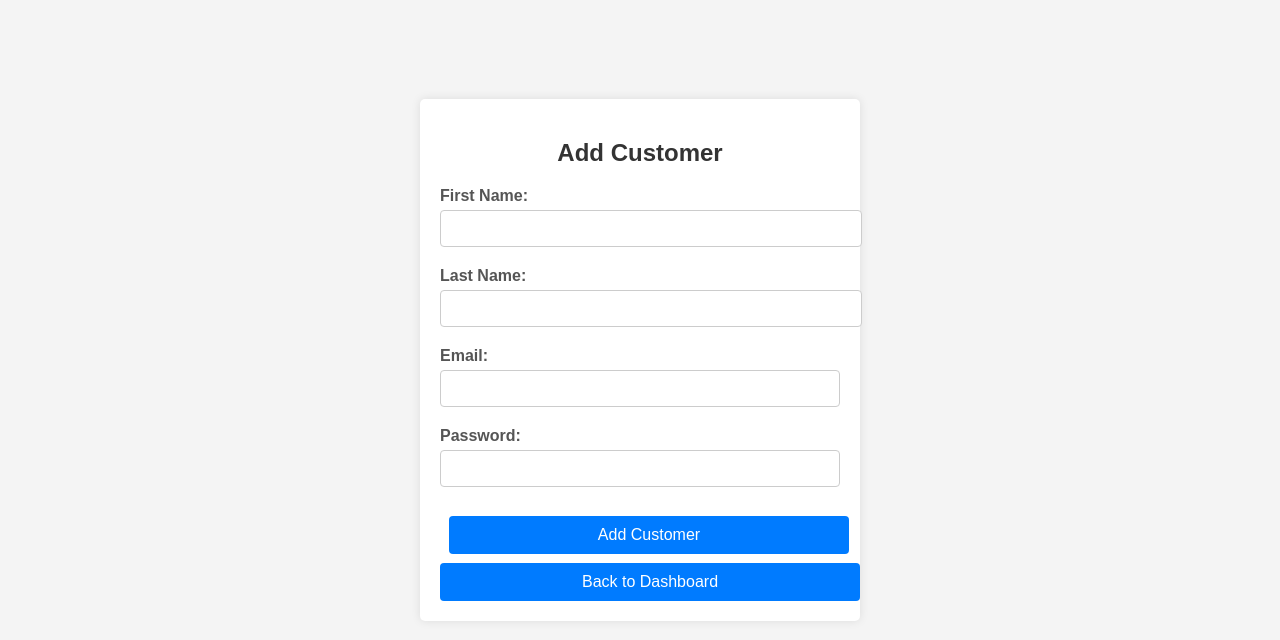
Repository: vinayakGarudi2002/swabhavTrainingProjects
Page: http://localhost/01_banking_application/addCustomer.jsp
An editor plug-in stored every save of this project. The page is shown before and after the next save, followed by the edit.
The browser window is 1280 px wide. The pictures show the whole page.
The page is served by Tomcat 9. Other server files are loaded and not shown.

Above is the page before, as saved 2024-08-12 11:27:07.

### 01_banking_application/WebContent/addCustomer.jsp
<%@ page language="java" contentType="text/html; charset=UTF-8" pageEncoding="UTF-8"%>
<%@ taglib uri="http://java.sun.com/jsp/jstl/core" prefix="c" %>
<!DOCTYPE html>
<html>
<head>
    <meta charset="UTF-8">
    <title>Add Customer - Banking App</title>
    <link rel="stylesheet" type="text/css" href="static/css/styles.css">
     <style>
       a {
            display: block;
            width: 100%;
            padding: 10px;
            background-color: #007bff;
            color: white;
            text-align: center;
            border-radius: 4px;
            text-decoration: none;
            font-size: 16px;
        }

        a:hover {
            background-color: #0056b3;
        }
    </style>
</head>
<body>
    <div class="form-container">
        <h2>Add Customer</h2>
        <form action="AddCustomerServlet" method="post">
            <label for="firstName">First Name:</label>
            <input type="text" id="firstName" name="firstName" required>

            <label for="lastName">Last Name:</label>
            <input type="text" id="lastName" name="lastName" required>

            <label for="email">Email:</label>
            <input type="email" id="email" name="email" required>

            <label for="password">Password:</label>
            <input type="password" id="password" name="password" required>

            <button type="submit">Add Customer</button>
        </form>

        <!-- Error message -->
        <c:if test="${not empty errorMessage}">
            <div class="error-message">
                <c:out value="${errorMessage}"/>
            </div>
        </c:if>

         <c:if test="${not empty succesMessage}">
            <div class="succes-message">
                <c:out value="${succesMessage}"/>
            </div>
        </c:if>

        <a href="adminDashboard.jsp">Back to Dashboard</a>
    </div>
</body>
</html>

### 01_banking_application/WebContent/static/css/styles.css
/* styles.css */
body {
    font-family: Arial, sans-serif;
    background-color: #f4f4f4;
    display: flex;
    justify-content: center;
    align-items: center;
    height: 100vh;
    margin: 0;
}

.login-container {
    background-color: #fff;
    padding: 20px;
    border-radius: 5px;
    box-shadow: 0 0 10px rgba(0, 0, 0, 0.1);
    width: 300px;
}

h2 {
    margin-bottom: 20px;
    font-size: 24px;
    color: #333;
    text-align: center;
}

.form-group {
    margin-bottom: 15px;
}

label {
    display: block;
    margin-bottom: 5px;
    color: #555;
}

input[type="email"],
input[type="password"] {
    width: 100%;
    padding: 8px;
    box-sizing: border-box;
    border: 1px solid #ddd;
    border-radius: 4px;
}

button {
    width: 100%;
    padding: 10px;
    background-color: #007bff;
    color: white;
    border: none;
    border-radius: 4px;
    cursor: pointer;
    font-size: 16px;
}

button:hover {
    background-color: #0056b3;
}

.error-message {
    color: red;
    margin-top: 10px;
    text-align: center;
}

/* Additional styles for dashboard */
.dashboard-container {
    background-color: #fff;
    padding: 20px;
    border-radius: 5px;
    box-shadow: 0 0 10px rgba(0, 0, 0, 0.1);
    width: 400px;
    margin: 50px auto;
    text-align: center;
}

.admin-actions {
    list-style-type: none;
    padding: 0;
    margin: 20px 0;
}

.admin-actions li {
    margin: 10px 0;
}

.admin-actions a {
    text-decoration: none;
    color: #007bff;
    font-size: 18px;
}

.admin-actions a:hover {
    text-decoration: underline;
}

button {
    width: 100%;
    padding: 10px;
    background-color: #dc3545;
    color: white;
    border: none;
    border-radius: 4px;
    cursor: pointer;
    font-size: 16px;
    margin-top: 20px;
}

button:hover {
    background-color: #c82333;
}

/* add customer   */
.form-container {
    background-color: #fff;
    padding: 20px;
    border-radius: 5px;
    box-shadow: 0 0 10px rgba(0, 0, 0, 0.1);
    width: 400px;
    margin: 50px auto;
    text-align: left;
}

.form-container h2 {
    text-align: center;
    margin-bottom: 20px;
}

.form-container label {
    display: block;
    margin-bottom: 5px;
    font-weight: bold;
}

.form-container input[type="text"],
.form-container input[type="email"],
.form-container input[type="password"] {
    width: 100%;
    padding: 10px;
    margin-bottom: 20px;
    border: 1px solid #ccc;
    border-radius: 4px;
}

.form-container button {
    width: 100%;
    padding: 10px;
    background-color: #007bff;
    color: white;
    border: none;
    border-radius: 4px;
    cursor: pointer;
    font-size: 16px;
    margin:9px;
}

.form-container button:hover {
    background-color: #0056b3;
}

.error-message {
    color: red;
    font-weight: bold;
    margin-top: 20px;
    text-align: center;
}

.succes-message {
    color: green;
    font-weight: bold;
    margin-top: 20px;
    text-align: center;
}



/*vew all customer  */

  .customer-view-container {
            background-color: #fff;
            padding: 20px;
            border-radius: 5px;
            box-shadow: 0 0 10px rgba(0, 0, 0, 0.1);
            width: 600px;
            margin: 50px auto;
        }

        .customer-view-container h2 {
            text-align: center;
            margin-bottom: 20px;
            color: #333;
        }

        table {
            width: 100%;
            border-collapse: collapse;
            margin-bottom: 20px;
        }

        table th, table td {
            border: 1px solid #ddd;
            padding: 10px;
            text-align: center;
        }

        table th {
            background-color: #007bff;
            color: white;
        }

        table td {
            background-color: #f9f9f9;
            color: #333;
        }





  .form-container {
            background-color: #fff;
            padding: 20px;
            border-radius: 5px;
            box-shadow: 0 0 10px rgba(0, 0, 0, 0.1);
            width: 400px;
            margin: 50px auto;
        }

        h2 {
            text-align: center;
            margin-bottom: 20px;
            color: #333;
        }

        label {
            display: block;
            margin-bottom: 10px;
            font-weight: bold;
            color: #555;
        }

        select, input[type="text"] {
            width: 100%;
            padding: 10px;
            margin-bottom: 20px;
            border: 1px solid #ccc;
            border-radius: 4px;
        }

        button {
            width: 48%;
            padding: 10px;
            background-color: #007bff;
            color: white;
            border: none;
            border-radius: 4px;
            cursor: pointer;
            font-size: 16px;
        }

        button:hover {
            background-color: #0056b3;
        }

        .error-message {
            color: red;
            font-weight: bold;
            margin-top: 20px;
            text-align: center;
        }

        .success-message {
            color: green;
            font-weight: bold;
            margin-top: 20px;
            text-align: center;
        }

        .buttons-container {
            display: flex;
            justify-content: space-between;
        }

After the next save:
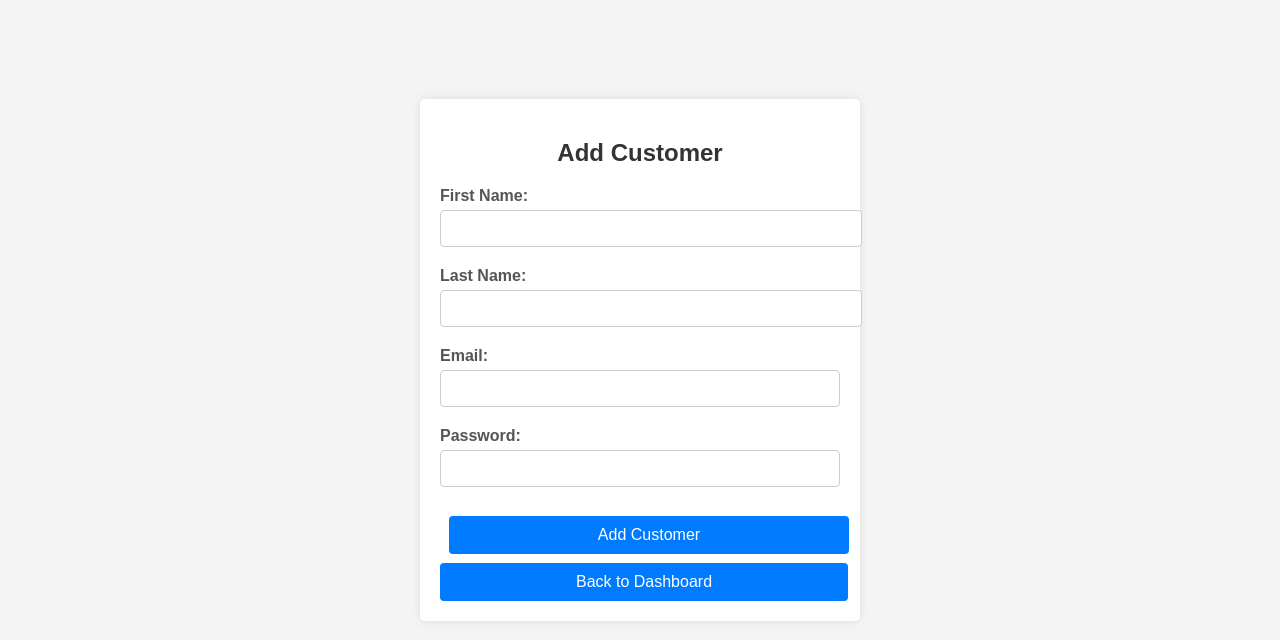
Saved 62 s later.
--- a/01_banking_application/WebContent/addCustomer.jsp
+++ b/01_banking_application/WebContent/addCustomer.jsp
@@ -9,7 +9,7 @@
      <style>
        a {
             display: block;
-            width: 100%;
+            width: 97%;
             padding: 10px;
             background-color: #007bff;
             color: white;
